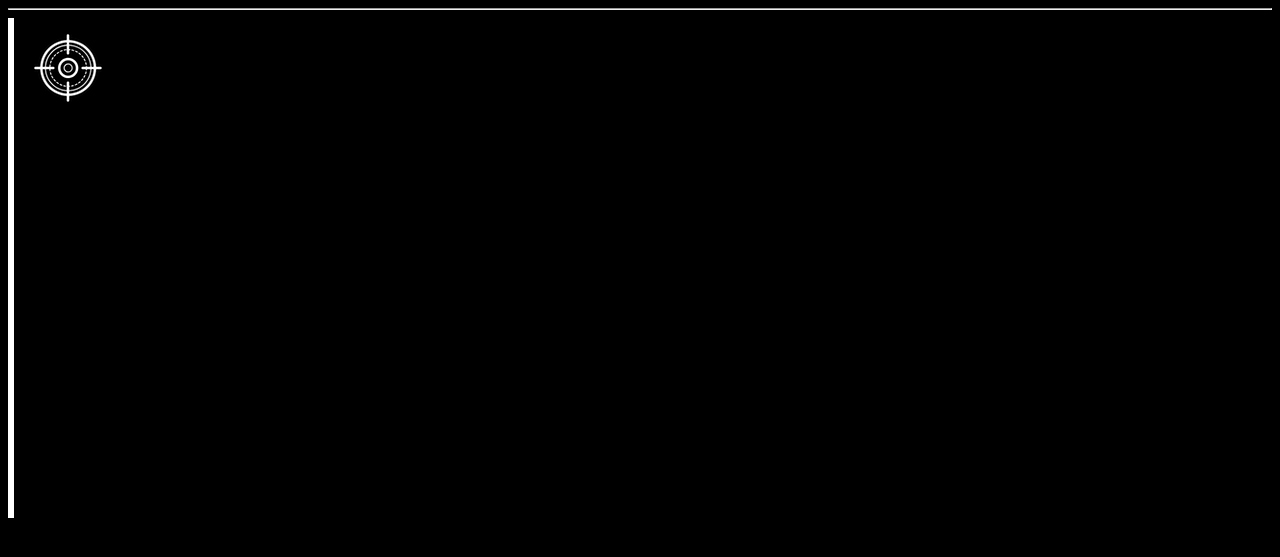
Repository: DongjaJ/Browser
Page: 007_practice/index.html
An editor plug-in stored every save of this project. The page is shown before and after the next save, followed by the edit.
The browser window is 1280 px wide. The pictures show the whole page.

Above is the page before, as saved 2022-08-21 16:21:35.

After the next save:
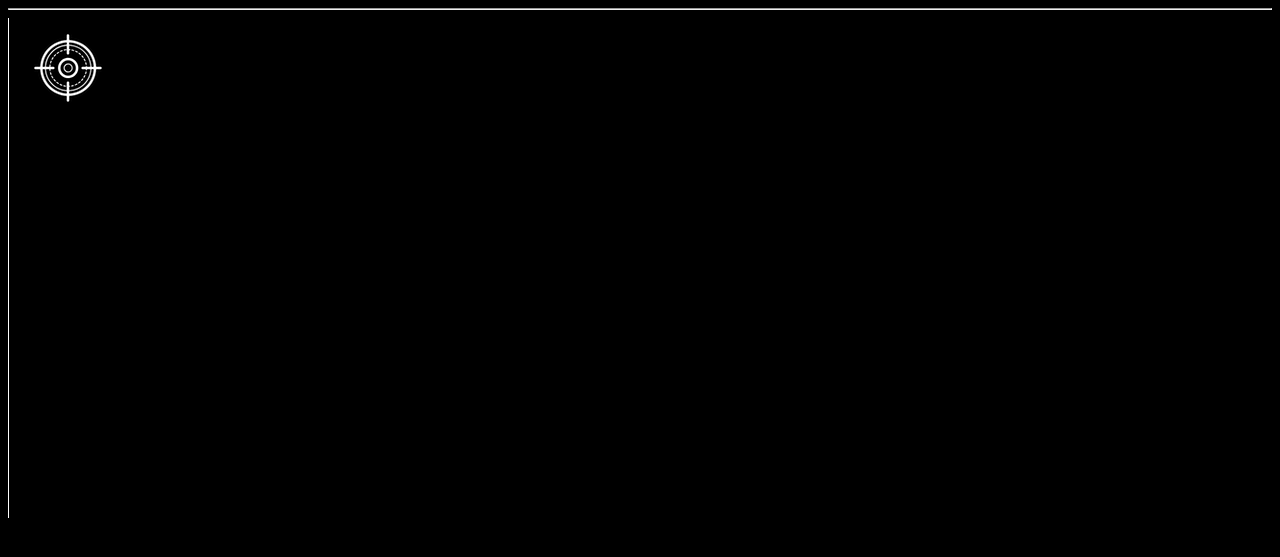
Saved 5 s later.
--- a/007_practice/style.css
+++ b/007_practice/style.css
@@ -6,6 +6,6 @@ div{
 	position: absolute;
 }
 .vl{
-	border-left: 6px solid white;
+	border-left: 1px solid white;
 	height: 500px;
 }
